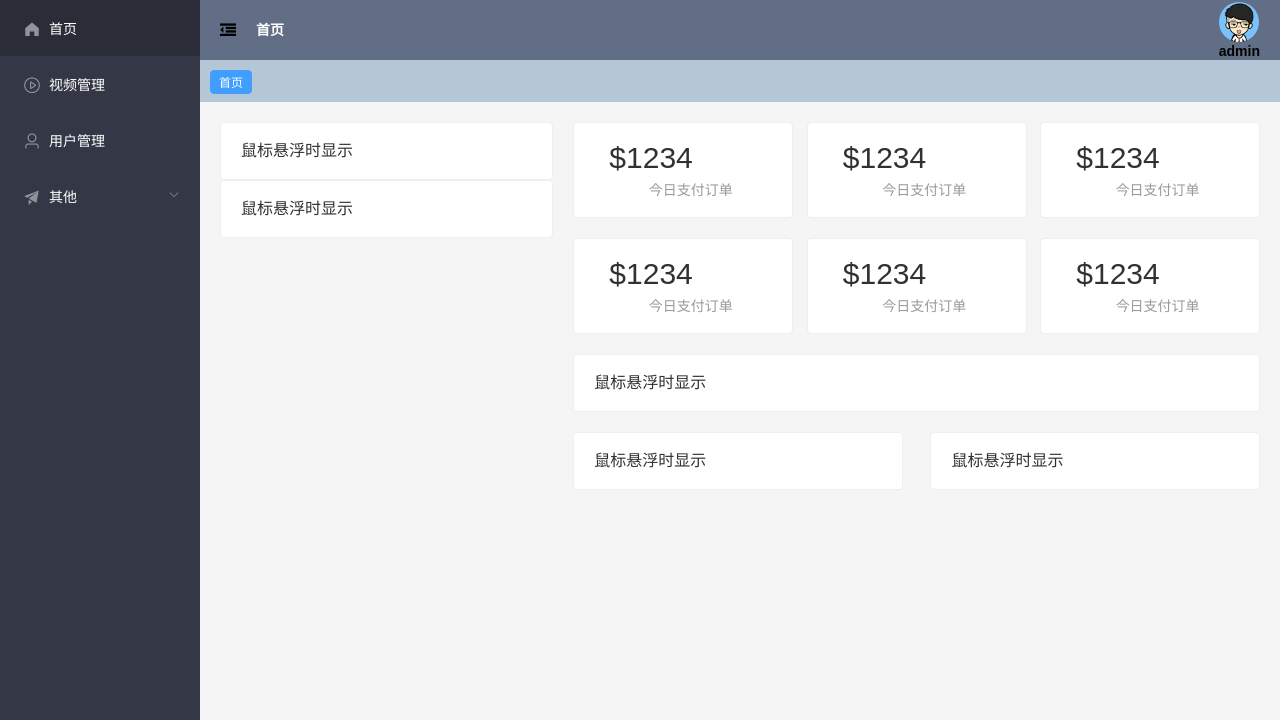
Repository: coWhy/vue-manage
Page: /
An editor plug-in stored every save of this project. The page is shown before and after the next save, followed by the edit.
The browser window is 1280 px wide. The pictures show the whole page.
The project was rebuilt for these pictures with package versions that can differ from the ones it lists, and the page was loaded fresh each time. Also part of the build but not shown: vue.config.js.

Above is the page before, as saved 2020-04-13 22:50:27.

### src/main.js
import Vue from 'vue'
import App from './App.vue'
import router from './router'
import store from './store'
// 全局配置样式
import '@/assets/scss/reset.scss'
import '@/assets/font-awesome-4.7.0/css/font-awesome.css'
// 第三方包
import ElementUI from 'element-ui'
import 'element-ui/lib/theme-chalk/index.css'
// 自定义全局插件
import http from '@/plugins/http' // 自定义全局axios
// 引入Mock 主要是用于前端模拟使用 使用时 记得注释掉
import './mock'

Vue.config.productionTip = false
Vue.use(http)
console.log(
  `当前所处开发环境:【${process.env.NODE_ENV}】| 路由为: 【${process.env.VUE_APP_URL}】`
)
Vue.use(ElementUI)
new Vue({
  router,
  store,
  render: h => h(App)
}).$mount('#app')

### src/App.vue
<template>
  <div id="app">
    <router-view />
  </div>
</template>

<style lang="scss">
#app {
  // color: $theme-color;
  height: 100vh;
}
</style>

### src/router/index.js
import Vue from 'vue'
import VueRouter from 'vue-router'
//
const originalPush = VueRouter.prototype.push
VueRouter.prototype.push = function push(location) {
  return originalPush.call(this, location).catch(err => err)
}
Vue.use(VueRouter)

const routes = [
  {
    path: '/',
    component: () => import('@/views/layout/index'),
    children: [
      {
        path: '/',
        name: 'home',
        component: () => import('@/views/home/index')
      },
      {
        path: '/video',
        name: 'video',
        component: () => import('@/views/video/index')
      },
      {
        path: '/user',
        name: 'user',
        component: () => import('@/views/user/index')
      },
      {
        path: '/page1',
        name: 'page1',
        component: () => import('@/views/other/page1')
      },
      {
        path: '/page2',
        name: 'page2',
        component: () => import('@/views/other/page2')
      }
    ]
  }
]

const router = new VueRouter({
  routes
})

export default router

### src/store/index.js
import Vue from 'vue'
import Vuex from 'vuex'
import tag from './modules/tag'
Vue.use(Vuex)

export default new Vuex.Store({
  state: {},
  mutations: {},
  actions: {},
  modules: {
    tag
  }
})

### src/plugins/http.js
// 自定义开发插件
import axios from 'axios'

const MyHttpServer = {}

MyHttpServer.install = Vue => {
  // 基准地址
  // axios.defaults.baseURL = process.env.VUE_APP_URL
  const service = axios.create({
    baseURL: process.env.VUE_APP_URL, //请求基础url
    timeout: 3000 //  请求超时时间
  })
  // 添加请求拦截器 token拦截
  service.interceptors.request.use(
    config => {
      return config
    },
    err => {
      console.log(err)
    }
  )
  // 响应拦截器
  service.interceptors.response.use(
    response => {
      let res = {}
      //  此处对不同状态码 进行不同的操作 比如404 跳转页面等
      res.status = response.status
      res.data = response.data
      return res
    },
    err => {
      console.log(err)
    }
  )
  Vue.prototype.$http = axios
}
export default MyHttpServer

### src/mock/index.js
import Mock from 'mockjs'
import homeApi from './home'
Mock.setup({
  timeout: '200-2000' // 设置延时 [200 - 2000ms]
})
// 首页相关
// 拦截 /home/getData
Mock.mock('/home/getData', 'get', homeApi.getHomeData) // /\/home\/getData/.

### src/assets/scss/_variable.scss
// 全局配置样式 修改主题颜色
$theme-color: #33aef0;

### src/views/layout/index.vue
<template>
  <el-container class="container">
    <!-- 左侧菜单栏 -->
    <el-aside width="auto">
      <common-aside></common-aside>
    </el-aside>
    <el-container>
      <!-- 头部 -->
      <el-header class="header">
        <common-header></common-header>
      </el-header>
      <!-- Tab标签 -->
      <common-tag class="tag"></common-tag>
      <!-- 主体 -->
      <el-main>
        <router-view></router-view>
      </el-main>
    </el-container>
  </el-container>
</template>

<script>
import CommonAside from './components/aside/index'
import CommonHeader from './components/header/index'
import CommonTag from './components/tag/index'
export default {
  components: {
    CommonAside,
    CommonHeader,
    CommonTag
  }
}
</script>

<style lang="scss" scoped>
.container {
  height: 100%;
}
.header {
  background-color: #626e85; // 头部背景色
  width: 100%;
}
.main {
  padding-top: 0;
}
</style>

### src/views/home/index.vue
<template>
  <el-row class="home" :gutter="20">
    <!-- 左侧 -->
    <el-col :span="8">
      <el-card shadow="hover">
        鼠标悬浮时显示
      </el-card>
      <el-card shadow="hover">
        鼠标悬浮时显示
      </el-card>
    </el-col>
    <!-- 右侧 -->
    <el-col :span="16">
      <!-- 顶部  -->
      <div class="num">
        <el-card shadow="hover" v-for="item in 6" :key="item">
          <!-- 图标部分 -->
          <i class="icon"></i>
          <!-- 详情部分  -->
          <div class="detail">
            <p class="num">$1234</p>
            <p class="txt">今日支付订单</p>
          </div>
        </el-card>
      </div>
      <!-- 底部 -->
      <el-card shadow="hover">
        鼠标悬浮时显示
      </el-card>
      <div class="graph">
        <el-card shadow="hover">
          鼠标悬浮时显示
        </el-card>
        <el-card shadow="hover">
          鼠标悬浮时显示
        </el-card>
      </div>
    </el-col>
  </el-row>
</template>

<script>
export default {
  methods: {
    async getVideoData() {
      const res = await this.$http.get('/home/getData')
      console.log(res)
    }
  },
  created() {
    this.getVideoData()
  }
}
</script>

<style lang="scss" scoped>
@import '~@/assets/scss/home';
</style>

### src/store/modules/tag.js
export default {
  state: {
    isCollapse: false, // 左侧菜单栏是否折叠
    curMenu: null, // 点击选中的菜单
    menuList: [], // 全部菜单
    tagList: [
      // 首页是不可关闭的
      {
        path: '/',
        name: 'home',
        title: '首页',
        icon: 'el-icon-s-home'
      }
    ] // 存放tags 点击后 就存到里面去
  },
  mutations: {
    // 点击 菜单之后 对应的tab 标签也要 进入 tabList 进行存放
    // 首页 不加入tabList
    getMenu(state, selectedMenu) {
      if (selectedMenu.name !== 'home') {
        state.curMenu = selectedMenu
        let result = state.tagList.findIndex(
          item => item.name === selectedMenu.name
        )
        if (result === -1) {
          // 没找到这个tag 就放进tagList
          state.tagList.push(selectedMenu)
        }
      } else {
        state.curMenu = null
      }
    },
    // 关闭选中的tag
    closeTag(state, selectedTag) {
      // if (selectedTag.name !== 'home') {
      // }
      // 找到tag的索引 进行删除
      let result = state.tagList.findIndex(
        item => item.name === selectedTag.name
      )
      state.tagList.splice(result, 1)
    },
    // 折叠左侧菜单栏
    collapseAsideMenu(state) {
      state.isCollapse = !state.isCollapse
    }
  },
  actions: {},
  modules: {}
}

### src/mock/home.js
import Mock from 'mockjs'
export default {
  getHomeData: () => {
    return {
      code: 20000,
      data: [
        {
          name: 'SpringBoot',
          value: Mock.Random.float(1000, 10000, 0, 2)
        },
        {
          name: 'SpringBoot',
          value: Mock.Random.float(1000, 10000, 0, 2)
        },
        {
          name: 'React',
          value: Mock.Random.float(1000, 10000, 0, 2)
        },
        {
          name: 'Vue',
          value: Mock.Random.float(1000, 10000, 0, 2)
        },
        {
          name: '微信小程序',
          value: Mock.Random.float(1000, 10000, 0, 2)
        },
        {
          name: 'Es6',
          value: Mock.Random.float(1000, 10000, 0, 2)
        },
        {
          name: 'Java',
          value: Mock.Random.float(1000, 10000, 0, 2)
        }
      ]
    }
  }
}

### src/views/layout/components/aside/index.vue
<template>
  <el-menu
    default-active="2"
    class="el-menu-vertical-demo"
    :background-color="asideSetting.bgColor"
    :text-color="asideSetting.texteColor"
    :active-text-color="asideSetting.activeTextColor"
    :collapse="isCollapse"
  >
    <!-- 这是没有子级菜单的
    handleClickMenu(item) 将选中的菜单元素存入store中的menu 用于tab使用
    由于 分两种情况 所以 下面两种 都需要加上handleClickMenu 事件
    v-for="item in noChildrenList" 遍历元素列表
    :index="item.path"  路由相关
    :key="item.title" 索引 避免重复
    -->
    <!-- noChildrenList -->
    <el-menu-item
      :index="item.path"
      v-for="item in noChildrenList"
      :key="item.title"
      @click="handleClickMenu(item)"
    >
      <i :class="item.icon"></i>
      <span slot="title">{{ item.title }}</span>
    </el-menu-item>
    <!-- hasChildrenList -->
    <el-submenu
      :index="item.title"
      v-for="item in hasChildrenList"
      :key="item.title"
    >
      <template slot="title">
        <i :class="item.icon"></i>
        <span slot="title">{{ item.title }}</span>
      </template>
      <el-menu-item-group>
        <el-menu-item
          :index="subItem.path"
          v-for="subItem in item.children"
          :key="subItem.title"
          @click="handleClickMenu(subItem)"
        >
          <i :class="subItem.icon"></i>
          <span slot="title">{{ subItem.title }}</span>
        </el-menu-item>
      </el-menu-item-group>
    </el-submenu>
  </el-menu>
</template>

<script>
export default {
  computed: {
    noChildrenList() {
      // asideMenuList 没有 子级菜单
      return this.asideMenuList.filter(item => !item.children)
    },
    hasChildrenList() {
      // asideMenuList 有 子级菜单
      return this.asideMenuList.filter(item => item.children)
    },
    // 取出vuex中的是否折叠isCollapse
    isCollapse() {
      return this.$store.state.tag.isCollapse
    }
  },
  data() {
    return {
      asideSetting: {
        bgColor: '#343746', // 侧边栏背景颜色
        activeTextColor: '#4ffffb', // 选中字体的颜色
        texteColor: '#fff' // 默认字体颜色
      },
      //侧边栏菜单列表
      asideMenuList: [
        {
          path: '/',
          name: 'home',
          title: '首页',
          icon: 'el-icon-s-home'
        },
        {
          path: '/video',
          name: 'video',
          title: '视频管理',
          icon: 'el-icon-video-play'
        },
        {
          path: '/user',
          name: 'user',
          title: '用户管理',
          icon: 'el-icon-user'
        },
        {
          title: '其他',
          icon: 'el-icon-s-promotion',
          children: [
            {
              path: '/page1',
              name: 'page1',
              title: '页面1',
              icon: 'el-icon-setting'
            },
            {
              path: '/page2',
              name: 'page2',
              title: '页面2',
              icon: 'el-icon-setting'
            }
          ]
        }
      ]
    }
  },
  methods: {
    // 选中菜单 传入store
    handleClickMenu(item) {
      // 跳转到指定的页面
      this.$router.push({ name: item.name })
      this.$store.commit('getMenu', item)
    }
  }
}
</script>

<style lang="scss" scoped>
.el-menu {
  // 菜单占满容器
  height: 100%;
  border: none;
}
// 折叠样式
.el-menu-vertical-demo:not(.el-menu--collapse) {
  width: 200px;
  min-height: 400px;
}
</style>

### src/views/layout/components/header/index.vue
<template>
  <header class="header">
    <div class="l-content">
      <!-- 折叠标签 可以折叠左侧菜单栏 折叠：fa fa-outdent 展开： fa fa-indent -->
      <i
        :class="
          $store.state.tag.isCollapse === true
            ? 'fa fa-indent'
            : 'fa fa-outdent '
        "
        aria-hidden="true"
        @click="collapseAsideMenu()"
      ></i>
      <!-- 面包屑导航 -->
      <el-breadcrumb separator="/">
        <!-- 默认保留一个 首页 -->
        <el-breadcrumb-item :to="{ path: '/' }">首页</el-breadcrumb-item>
        <!-- curMenu 不为null的时候才渲染出来 -->
        <el-breadcrumb-item :to="curMenu.path" v-if="curMenu">
          {{ curMenu.title }}
        </el-breadcrumb-item>
      </el-breadcrumb>
    </div>
    <!-- 用户部分 头像 下拉菜单 等 -->
    <div class="r-content">
      <el-dropdown trigger="click" size="mini">
        <span class="el-dropdown-link">
          <!-- 用户头像 和 用户名 动态获取 -->
          <img :src="userInfo.avatar" class="avatar" />
          <span class="name">{{ userInfo.username }}</span>
        </span>
        <el-dropdown-menu slot="dropdown">
          <el-dropdown-item>个人中心</el-dropdown-item>
          <el-dropdown-item>退出登录</el-dropdown-item>
        </el-dropdown-menu>
      </el-dropdown>
    </div>
  </header>
</template>

<script>
import { mapState } from 'vuex'
export default {
  computed: {
    ...mapState({
      curMenu: state => state.tag.curMenu // 选中的菜单对象
    })
  },
  data() {
    return {
      // 用户信息
      userInfo: {
        username: 'admin', // 用户名
        avatar: require('@/assets/images/user.png') // 用户头像
      }
    }
  },
  methods: {
    // 折叠左侧菜单栏
    collapseAsideMenu() {
      this.$store.commit('collapseAsideMenu')
    }
  }
}
</script>

<style lang="scss" scoped>
.header {
  display: flex;
  height: 100%;
  align-items: center;
  justify-content: space-between;
}
.l-content {
  // width: 380;
  display: flex;
  align-items: center;
  i {
    margin-right: 20px;
  }
  justify-content: space-between;
}
.r-content {
  .avatar {
    width: 40px;
    height: 40px;
    border-radius: 50%;
  }
  .name {
    display: flex;
    height: 100%;
    color: black;
    font-weight: bolder;
    align-items: center;
  }
}
</style>
<style lang="scss">
.el-breadcrumb__item {
  .el-breadcrumb__inner {
    color: #b9d0fb;
    font-weight: normal;
  }
  &:last-child {
    .el-breadcrumb__inner {
      color: #ffffff;
      font-weight: bolder;
    }
  }
}
</style>

### src/views/layout/components/tag/index.vue
<template>
  <div class="tags">
    <!--  tabs标签
  不是首页才可以关闭
  选中tag颜色变化 :effect="$route.name === tag.name ? 'dark' : 'plain'"
  -->
    <el-tag
      size="small"
      :key="tag.name"
      v-for="tag in tagList"
      :closable="tag.name !== 'home'"
      :disable-transitions="false"
      @close="handleClose(tag)"
      @click="changeMenu(tag)"
      :effect="$route.name === tag.name ? 'dark' : 'plain'"
    >
      {{ tag.title }}
    </el-tag>
  </div>
</template>

<script>
import { mapState, mapMutations } from 'vuex'
export default {
  computed: {
    ...mapState({
      tagList: state => state.tag.tagList
    })
  },
  data() {
    return {}
  },
  methods: {
    ...mapMutations({
      closeTag: 'closeTag'
    }),
    // 关闭tag
    handleClose(tag) {
      this.closeTag(tag)
    },
    changeMenu(tag) {
      this.$store.commit('getMenu', tag)
      this.$router.push({ name: tag.name })
    }
  }
}
</script>

<style lang="scss" scoped>
.tags {
  background-color: #b5c6d6;
  position: relative;
  height: 42px;
  border: none;
  overflow: hidden;
  padding: 10px;
  .el-tag {
    padding-top: 1px;
    padding-bottom: 1px;
    margin-right: 15px;
    cursor: pointer;
  }
}
</style>

### src/assets/scss/home.scss
.home {
  .user {
    display: flex;
    align-items: center;
    padding-bottom: 20px;
    margin-bottom: 20px;
    border-bottom: 1px solid #ccc;
    img {
      width: 150px;
      height: 150px;
      border-radius: 50%;
      margin-right: 40px;
    }
    &info {
      .name {
        font-size: 32px;
        margin-bottom: 10px;
      }
      .access {
        color: #999999;
      }
    }
  }
  .login-info {
    p {
      line-height: 28px;
      font-size: 14px;
      color: #999999;
      span {
        color: #666666;
        margin-left: 60px;
      }
    }
  }
  .num {
    display: flex;
    flex-wrap: wrap;
    justify-content: space-between;
    .el-card {
      width: 32%;
      margin-bottom: 20px;
    }
    .icon {
      font-size: 30px;
      width: 80px;
      height: 80px;
      text-align: center;
      line-height: 80px;
      color: #fff;
    }
    .detail {
      margin-left: 15px;
      display: flex;
      flex-direction: column;
      justify-content: center;
      .num {
        font-size: 30px;
        margin-bottom: 10px;
      }
      .txt {
        font-size: 14px;
        text-align: center;
        color: #999999;
      }
    }
  }
  .graph {
    margin-top: 20px;
    display: flex;
    justify-content: space-between;
    .el-card {
      width: 48%;
    }
  }
}

Loaded but not shown: public/index.html (common file); src/assets/scss/reset.scss (common file); src/assets/font-awesome-4.7.0/css/font-awesome.css (library)

After the next save:
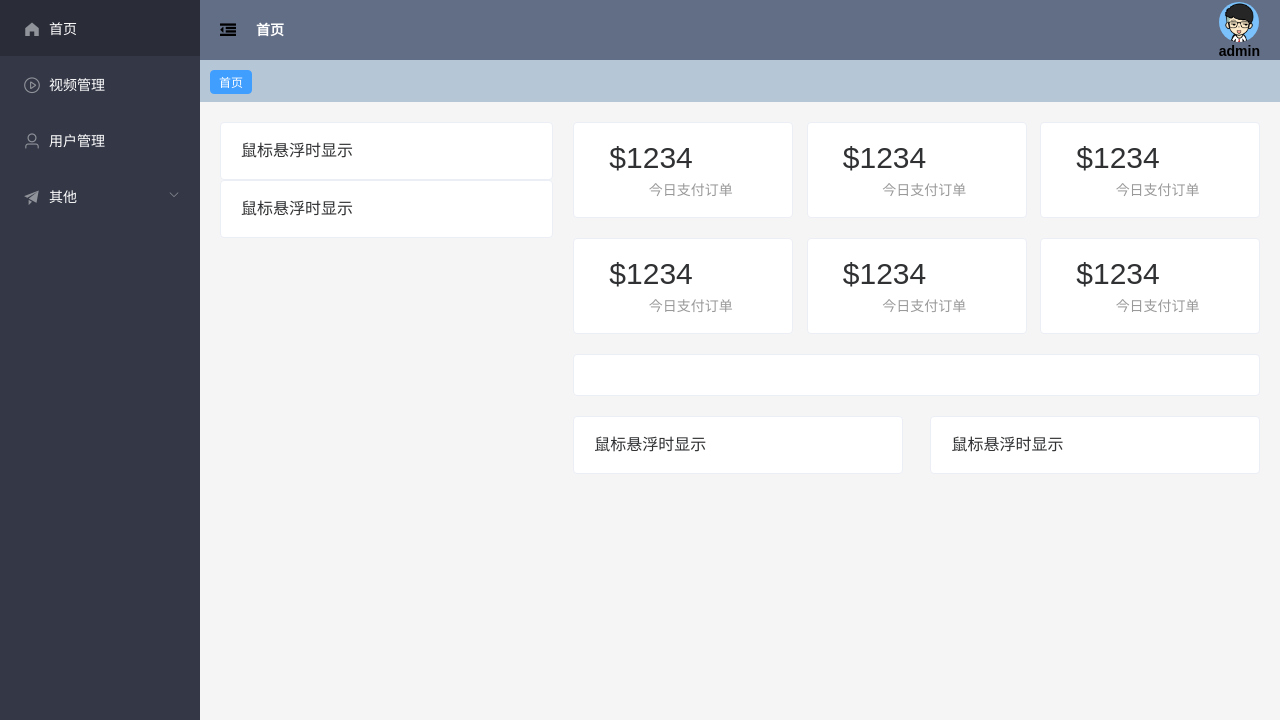
Saved 88 s later.
--- a/src/views/home/index.vue
+++ b/src/views/home/index.vue
@@ -25,7 +25,8 @@
       </div>
       <!-- 底部 -->
       <el-card shadow="hover">
-        鼠标悬浮时显示
+        <!-- 图表 -->
+        <div></div>
       </el-card>
       <div class="graph">
         <el-card shadow="hover">
